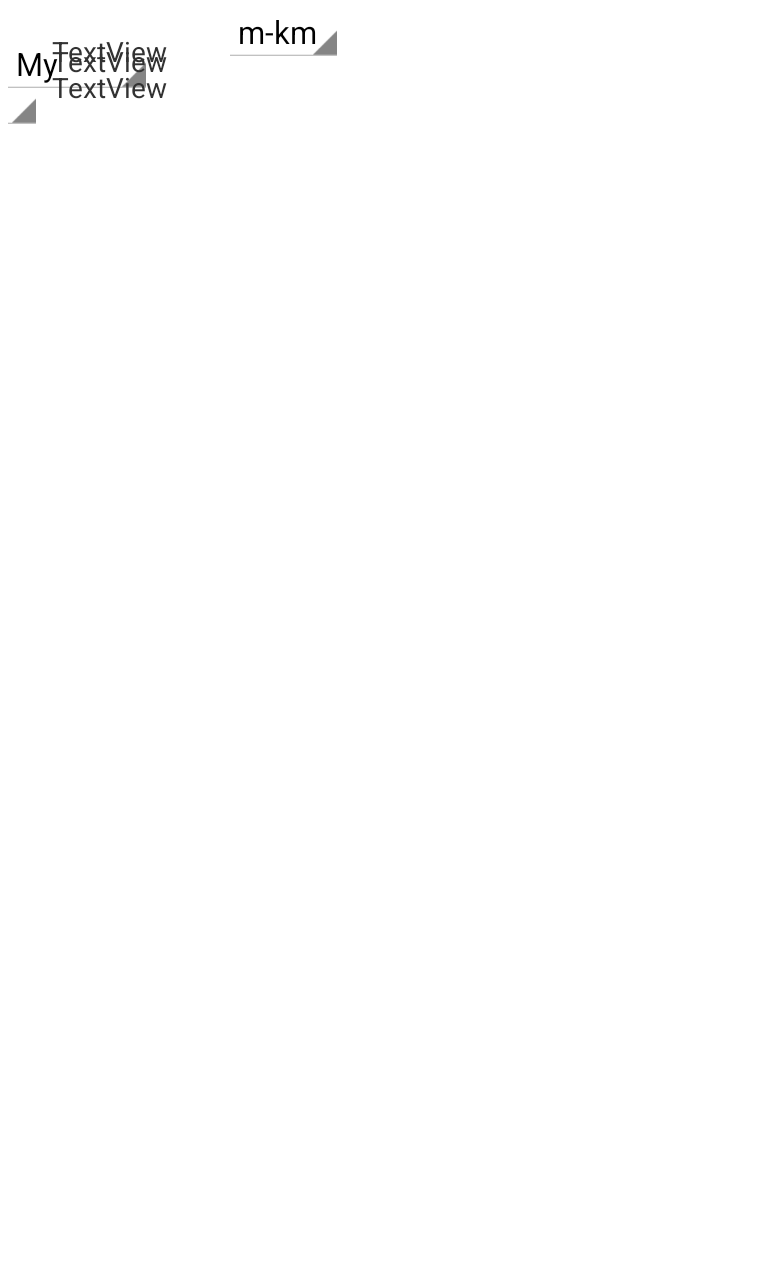
Repository: mpdehnel/seg
Layout: VectorOne/res/layout/activity_settings.xml
An editor plug-in stored every save of this project. The layout is shown before and after the next save, followed by the edit.
It is drawn on a 768 x 1280 px phone screen (xhdpi) without system bars, with theme AppTheme; the app's code is not run.

Above is the layout before, as saved 2013-02-21 15:55:03.

### VectorOne/res/layout/activity_settings.xml
<RelativeLayout xmlns:android="http://schemas.android.com/apk/res/android"
    xmlns:tools="http://schemas.android.com/tools"
    android:layout_width="match_parent"
    android:layout_height="match_parent"
    android:id="@+id/settings_layout">

    <Spinner
        android:id="@+id/visited"
        android:layout_width="wrap_content"
        android:layout_height="wrap_content"
        android:layout_alignParentLeft="true"
        android:layout_alignParentTop="true"
        android:entries="@array/Unit"
        android:layout_marginLeft="111dp" />

    <TextView
        android:id="@+id/textView1"
        android:layout_width="wrap_content"
        android:layout_height="wrap_content"
        android:layout_alignParentLeft="true"
        android:layout_alignParentTop="true"
        android:layout_marginLeft="26dp"
        android:layout_marginTop="21dp"
        android:text="TextView" />

    <TextView
        android:id="@+id/textView2"
        android:layout_width="wrap_content"
        android:layout_height="wrap_content"
        android:layout_alignLeft="@+id/textView1"
        android:layout_below="@+id/spinner1"
        android:layout_marginTop="16dp"
        android:text="TextView" />

    <Spinner
        android:id="@+id/Team"
        android:layout_width="wrap_content"
        android:layout_height="wrap_content"
        android:layout_alignLeft="@+id/spinner1"
        android:entries="@array/Team"
        android:layout_alignTop="@+id/textView2" />

    <TextView
        android:id="@+id/textView3"
        android:layout_width="wrap_content"
        android:layout_height="wrap_content"
        android:layout_alignRight="@+id/textView2"
        android:layout_below="@+id/spinner2"
        android:layout_marginTop="34dp"
        android:text="TextView" />

    <Spinner
        android:id="@+id/spinner3"
        android:layout_width="wrap_content"
        android:layout_height="wrap_content"
        android:layout_alignLeft="@+id/spinner2"
        android:layout_alignTop="@+id/textView3" />

</RelativeLayout>

### VectorOne/res/values/strings.xml
<resources>

    <string name="app_name">CacheCaptains</string>
    <string name="username">Username</string>
    <string name="button_maps">View</string>
    <string name="button_settings">Settings</string>
    <string name="button_user">Me</string>
    <string name="button_cachselect">Caches</string>
    <string name="button_login">LogIn</string>
    <string name="button_clear">Clear</string>
    <string name="button_registration">Register</string>
    <string name="lable_username">username:</string>
    <string name="lable_password">password:</string>
    <string name="question">Help</string>

    <string-array name="Cachs">
        <item>Yes</item>
        <item>No</item>
        <item>All</item>
    </string-array>
    <string-array name="Team">
        <item>My</item>
        <item>NotMine</item>
        <item>All</item>
    </string-array>
    <string-array name="Distance">
        <item>500</item>
        <item>1000</item>
        <item>2000</item>
        <item>5000</item>
        <item>10000</item>
        <item>All</item>
    </string-array>
    <string-array name="Unit">
        <item>m-km</item>
        <item>ft-mile</item>
    </string-array>
       <string-array name="sort">
        <item>name</item>
        <item>distance</item>
    </string-array>

    <string name="leer"></string>

    <string name="addnewCachebutton">AddNewCache</string>

</resources>

Loaded but not shown: VectorOne/res/values/styles.xml (common file); VectorOne/res/values-v11/styles.xml (common file); VectorOne/res/values-v14/styles.xml (common file)

After the next save:
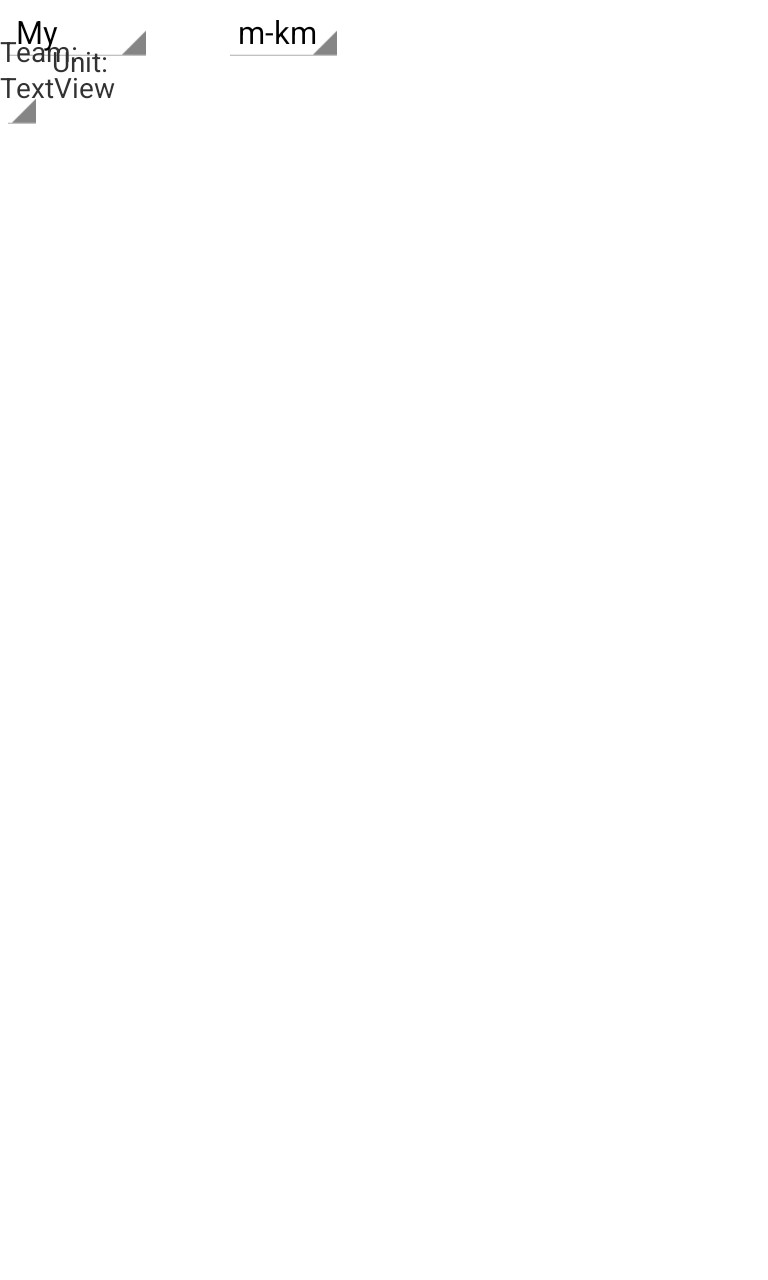
Saved 33 s later.
--- a/VectorOne/res/layout/activity_settings.xml
+++ b/VectorOne/res/layout/activity_settings.xml
@@ -14,23 +14,23 @@
         android:layout_marginLeft="111dp" />
 
     <TextView
-        android:id="@+id/textView1"
+        android:id="@+id/Unit"
         android:layout_width="wrap_content"
         android:layout_height="wrap_content"
         android:layout_alignParentLeft="true"
         android:layout_alignParentTop="true"
         android:layout_marginLeft="26dp"
         android:layout_marginTop="21dp"
-        android:text="TextView" />
+        android:text="Unit:" />
 
     <TextView
-        android:id="@+id/textView2"
+        android:id="@+id/Team"
         android:layout_width="wrap_content"
         android:layout_height="wrap_content"
         android:layout_alignLeft="@+id/textView1"
         android:layout_below="@+id/spinner1"
         android:layout_marginTop="16dp"
-        android:text="TextView" />
+        android:text="Team:" />
 
     <Spinner
         android:id="@+id/Team"
